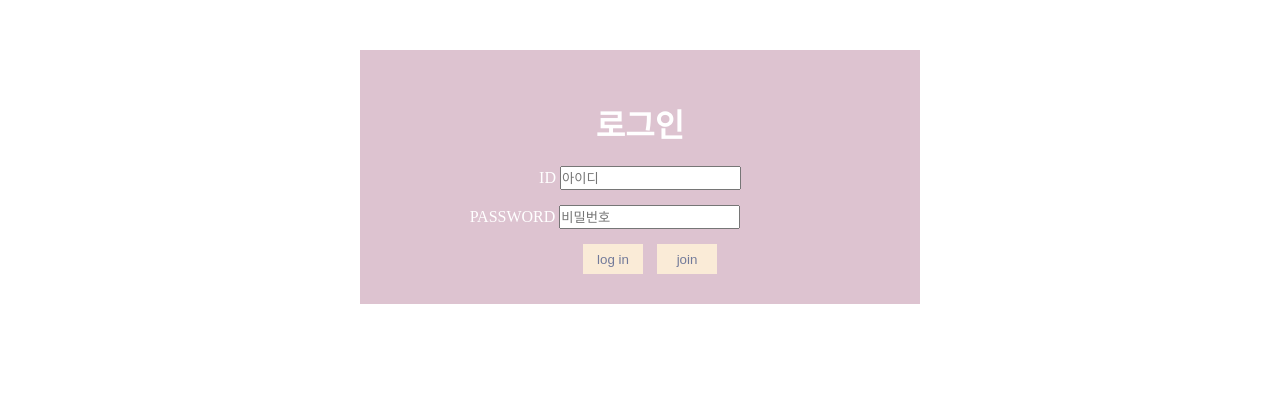
Repository: kayoyo/jsp
Page: http://localhost/BoardWeb_4/login
An editor plug-in stored every save of this project. The page is shown before and after the next save, followed by the edit.
The browser window is 1280 px wide. The pictures show the whole page.
The page is served by Tomcat 9.

Above is the page before, as saved 2020-08-27 05:09:32.

After the next save:
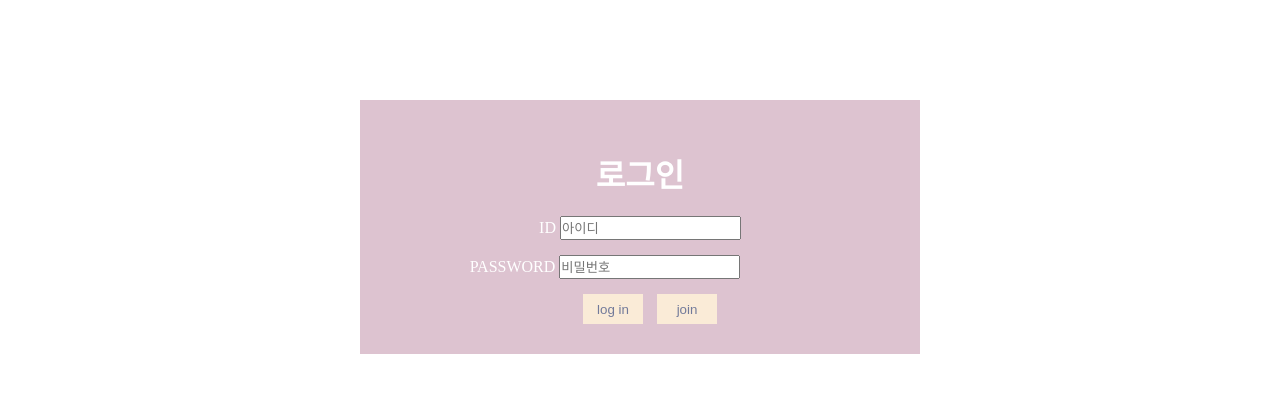
Saved 9 s later.
--- a/BoardWeb_4/WebContent/WEB-INF/jsp/user/login.jsp
+++ b/BoardWeb_4/WebContent/WEB-INF/jsp/user/login.jsp
@@ -9,7 +9,7 @@
  a {text-decoration:none; color: black;}
  .err {color: #585858;}
  #container {width: 500px; background-color: #ddc3d0;
- 			margin: 0 auto; padding:30px; text-align:center; margin-top: 50px;]}
+ 			margin: 0 auto; padding:30px; text-align:center; margin-top: 100px;]}
  h1 {margin: 20px; color: white;}
  .pw {margin-right: 70px;}
  .pw, .id {color: white; margin-bottom: 15px;}
